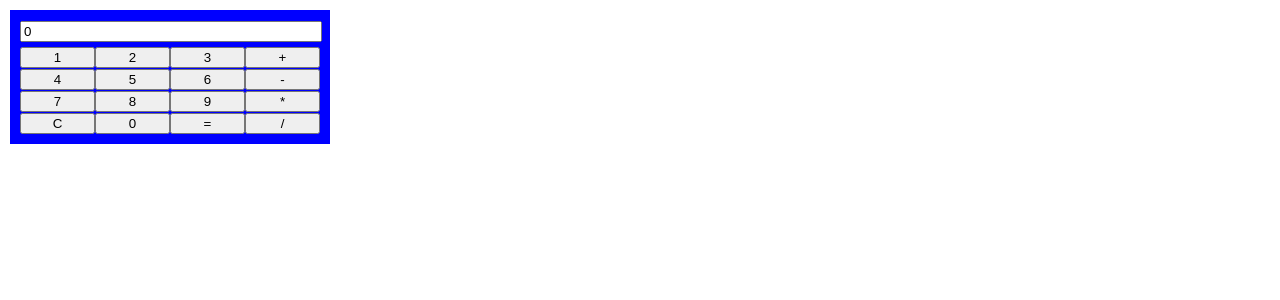
Repository: qudos4real/calculator
Page: /
These files come from the project's save history. The page is drawn as it stood at one moment and after the next save; the edit follows.
The browser window is 1280 px wide. The pictures show the whole page.
The project was rebuilt for these pictures with package versions that can differ from the ones it lists, and the page was loaded fresh each time.

Above is the page before, as saved 2022-10-09 13:09:50.

After the next save:
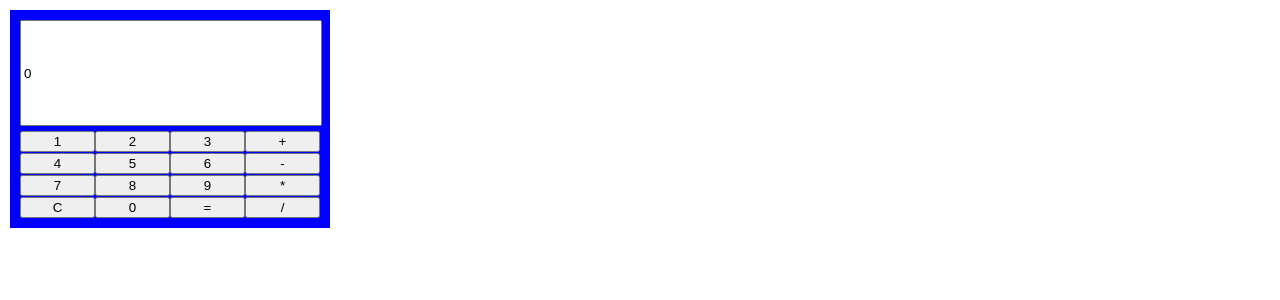
Saved 6 s later.
--- a/src/components/Calculator.css
+++ b/src/components/Calculator.css
@@ -9,6 +9,6 @@
 }
 .screen {
     width: 98%;
-    height: max-content;
+    height: 100px;
     margin-bottom: 0.25rem;
 }
